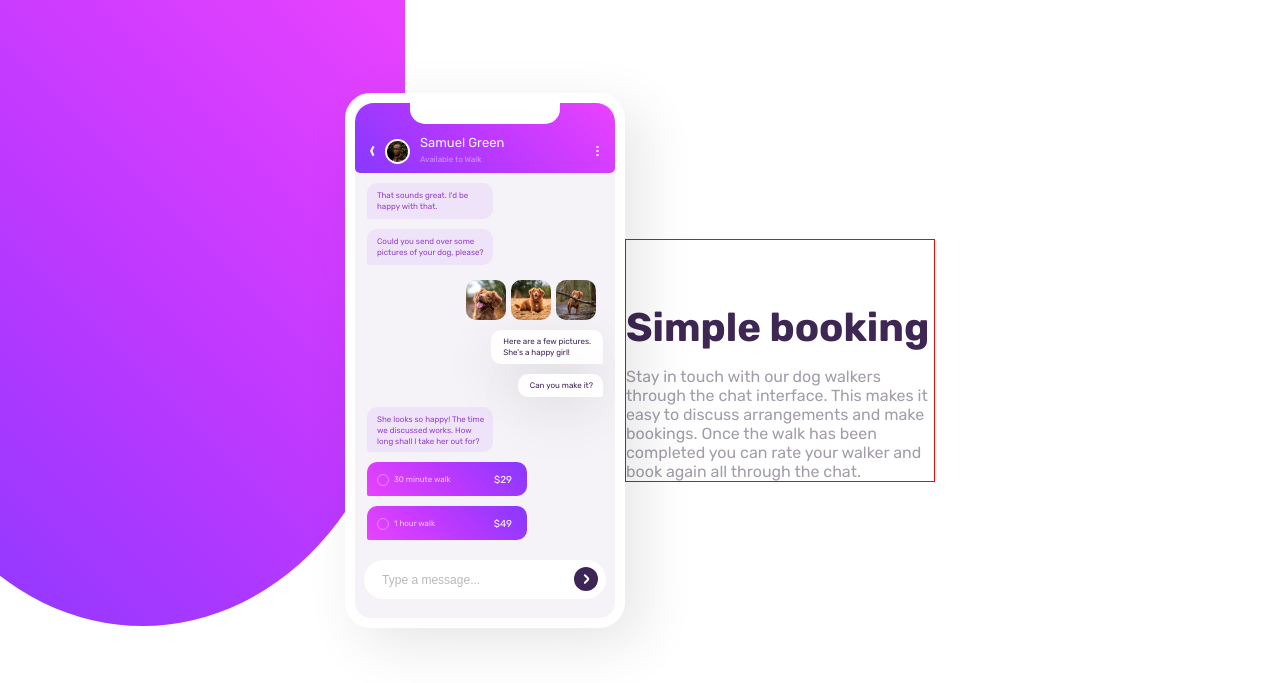
Repository: KamoliddinGIT/chat-app-css-illustration
Page: index.html
These files come from the project's save history. The page is drawn as it stood at one moment and after the next save; the edit follows.
The browser window is 1280 px wide. The pictures show the whole page.

Above is the page before, as saved 2023-09-25 19:58:29.

### index.html
<!DOCTYPE html>
<html lang="en">
  <head>
    <meta charset="UTF-8" />
    <meta http-equiv="X-UA-Compatible" content="IE=edge" />
    <meta name="viewport" content="width=device-width, initial-scale=1.0" />
    <link
      rel="icon"
      type="image/png"
      sizes="32x32"
      href="./images/favicon-32x32.png"
    />
    <link
      href="https://fonts.googleapis.com/css2?family=Rubik:wght@400;500;700&display=swap"
      rel="stylesheet"
    />
    <link rel="stylesheet" href="./css/style.css" />
    <title>Chat App CSS Illustration</title>
  </head>
  <body>
    <div class="container">
      <div class="bg"></div>
      <div class="card">
        <div class="header">
          <div class="cam"></div>
          <div class="header_contents">
            <div class="header-left-side">
              <img
                src="./images/arrow.svg"
                alt="left_arrow"
                class="back_icon"
              />
              <img class="avatar" src="./images/avatar.jpg" alt="avatar" />
              <h2>
                Samuel Green <br />
                <span>Available to Walk </span>
              </h2>
            </div>
            <img src="./images/menu.svg" alt="menu" class="menu" />
          </div>
        </div>
        <div class="card-messages">
          <div class="receive-message">
            That sounds great. I'd be happy with that.
          </div>
          <div class="receive-message">
            Could you send over some pictures of your dog, please?
          </div>
          <div class="sent-photo">
            <img src="./images/dog-image-1.jpg" alt="dog1" />
            <img src="./images/dog-image-2.jpg" alt="dog2" />
            <img src="./images/dog-image-3.jpg" alt="dog3" />
          </div>
          <div class="sent-msg">
            Here are a few pictures. She's a happy girl!
          </div>
          <div class="next-msg">Can you make it?</div>
          <div class="receive-message">
            She looks so happy! The time we discussed works. How long shall I
            take her out for?
          </div>
          <div class="receive-price">
            <div class="circle"></div>
            <span class="times">30 minute walk </span>
            <div class="price">$29</div>
          </div>
          <div class="receive-price">
            <div class="circle"></div>
            <span class="times">1 hour walk </span>
            <div class="price">$49</div>
          </div>
          <input
            type="text"
            placeholder="Type a message..."
            class="input-msg"
          />
        </div>
      </div>
      <div class="right-side">
        <h1>Simple booking</h1>
        <p>
          Stay in touch with our dog walkers through the chat interface. This
          makes it easy to discuss arrangements and make bookings. Once the walk
          has been completed you can rate your walker and book again all through
          the chat.
        </p>
      </div>
    </div>
  </body>
</html>

### css/style.css
* {
  margin: 0;
  padding: 0;
  box-sizing: border-box;
}

.container {
  width: 100%;
  height: 100vh;
  display: flex;
  justify-content: center;
  align-items: center;
  background-color: white;
  font-family: "Rubik", sans-serif;
}

.bg {
  width: 525px;
  height: 87%;
  left: -120px;
  top: 0;
  position: absolute;
  background-image: linear-gradient(
    45deg,
    hsl(264deg 100% 61%) 0%,
    hsl(280deg 100% 61%) 50%,
    hsl(293deg 100% 63%) 100%
  );
  border-radius: 0 0 50% 50%;
}

.card {
  z-index: 99;
  width: 280px;
  height: 535px;
  border-radius: 1.6rem;
  background-color: hsl(270, 20%, 96%);
  border: 10px solid white;
  box-shadow: 1rem 1rem 3.5rem rgba(0, 0, 0, 0.1);
  overflow: hidden;
}

.header {
  display: flex;
  justify-content: center;
  align-items: center;
  color: white;
  position: relative;
  width: 100%;
  height: 70px;
  border-radius: 1.2rem 1.2rem 5px 5px;
  display: flex;
  flex-direction: column;
  align-items: center;
  background-image: linear-gradient(
    45deg,
    hsl(264deg 100% 61%) 0%,
    hsl(280deg 100% 61%) 50%,
    hsl(293deg 100% 63%) 100%
  );
}

.cam {
  width: 150px;
  height: 22px;
  top: 0;
  background-color: white;
  border-radius: 0 0 15px 15px;
  position: absolute;
  margin: -1px auto 0 auto;
}

.back_icon {
  width: 5px;
  height: 18px;
  cursor: pointer;
}

.header_contents {
  margin-top: 27px;
  width: 100%;
  height: 15px;
  display: flex;
  align-items: center;
  justify-content: space-between;
  padding: 15px;
}

.header-left-side {
  width: 164px;
  height: 29px;
  display: flex;
  align-items: center;
  gap: 10px;
}

.avatar {
  width: 25px;
  height: 25px;
  object-fit: fill;
  border-radius: 50%;
  border: 2px solid white;
}

.header-left-side h2 {
  font-size: 13px;
  font-weight: 400;
  padding-bottom: 3px;
  color: hsl(270, 20%, 96%);
}

.header-left-side h2 span {
  font-size: 8px;
  font-weight: 400;
  opacity: 0.5;
  color: hsl(270, 20%, 96%);
}

.menu {
  cursor: pointer;
  width: 5px;
}

.card-messages {
  display: flex;
  flex-direction: column;
  width: 260px;
  height: 446px;
}

.receive-message {
  width: 126px;
  min-height: 36px;
  background-color: hsla(276, 100%, 81%, 0.2);
  padding: 7px 5px 7px 10px;
  border-radius: 10px 10px 10px 2px;
  margin: 10px 0 0 12px;
  font-size: 8px;
  line-height: 11px;
  color: hsl(276, 55%, 52%);
}

.sent-photo {
  margin: 15px 12px 0 auto;
  width: 142px;
  height: 44px;
  display: flex;
  align-items: center;
}

.sent-photo img {
  width: 40px;
  height: 40px;
  border-radius: 10px;
  object-fit: fill;
  margin-inline-start: 5px;
}

.sent-msg {
  width: 133px;
  height: 34px;
  background-color: white;
  padding: 6px 10px 6px 12px;
  border-radius: 10px 10px 2px 10px;
  box-shadow: 0 1rem 3.5rem rgba(0, 0, 0, 0.1);
  margin: 10px 12px 0 auto;
  font-size: 8px;
  color: hsl(271, 36%, 24%);
  max-width: 22ch;
  line-height: 11px;
}

.next-msg {
  width: 85px;
  height: 23px;
  background-color: white;
  width: fit-content;
  padding: 6px 10px 6px 12px;
  border-radius: 10px 10px 2px 10px;
  box-shadow: 0 1rem 3.5rem rgba(0, 0, 0, 0.1);
  margin: 10px 12px 0 auto;
  font-size: 8px;
  color: hsl(271, 36%, 24%);
  max-width: 22ch;
  line-height: 11px;
}

.receive-price {
  width: 160px;
  height: 34px;
  display: inline-flex;
  align-items: center;
  gap: 5px;
  background-color: hsla(276, 100%, 81%, 0.2);
  width: 160px;
  padding: 12px 15px 10px 10px;
  border-radius: 10px 10px 10px 2px;
  margin: 10px 0 0 12px;
  color: white;
  background-image: linear-gradient(
    45deg,
    hsl(293deg 100% 63%) 0%,
    hsl(280deg 100% 61%) 50%,
    hsl(264deg 100% 61%) 100%
  );
}

.circle {
  width: 12px;
  height: 12px;
  border: 1px solid hsl(270, 20%, 96%);
  border-radius: 50%;
  opacity: 0.4;
}

.times {
  font-size: 8px;
  opacity: 0.7;
}

.price {
  font-size: 10px;
  margin-left: auto;
}

.input-msg {
  width: 93%;
  border: none;
  padding: 12px 40px 12px 18px;
  border-radius: 1.5rem;
  outline: none;
  font-weight: 500;
  color: hsl(271, 36%, 24%);
  margin: 20px auto;
  background-image: url("../images/send-icon.svg");
  background-repeat: no-repeat;
  background-position: 210px;
  background-size: 24px 24px;
}

::placeholder {
  font-size: 12px;
  opacity: 0.5;
}

.right-side {
  width: 310px;
  border: 1px solid red;
}

.right-side h1 {
  width: 100%;
  color: #3e2753;
  padding: 4rem 0 1rem 0;
  font-size: 2.5rem;
  text-align: start;
}

.right-side p {
  font-size: 16px;
  /* padding: 0 19rem 1.5rem 0; */
  text-align: start;
  color: #a39daa;
}

After the next save:
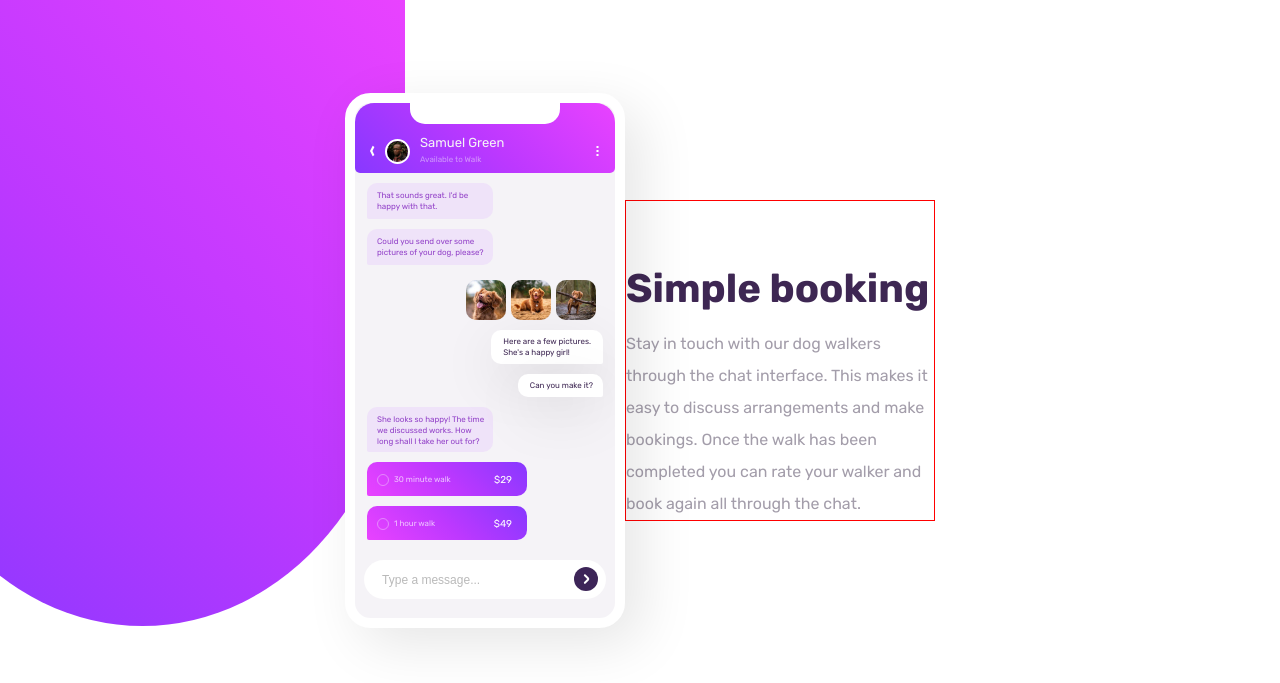
Saved 14 s later.
--- a/css/style.css
+++ b/css/style.css
@@ -260,5 +260,6 @@
   font-size: 16px;
   /* padding: 0 19rem 1.5rem 0; */
   text-align: start;
+  line-height: 2rem;
   color: #a39daa;
 }
